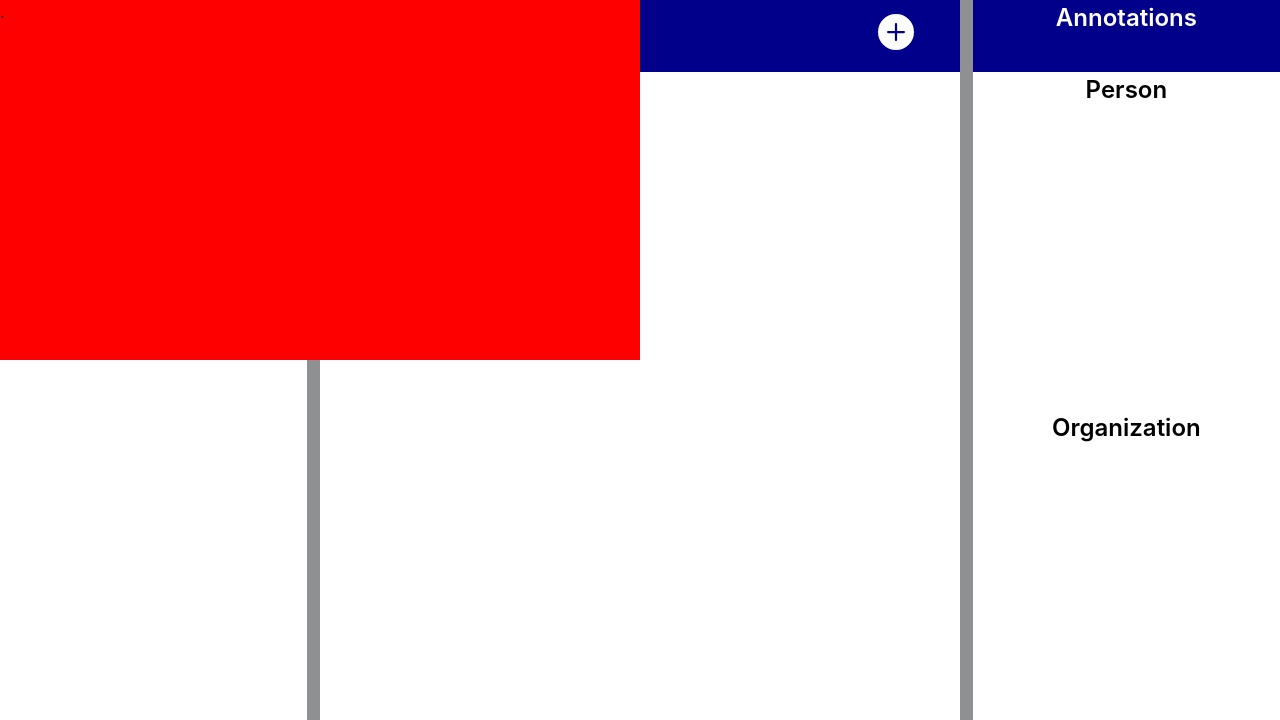
Repository: napan24/classforma_assignment
Page: / (app in client/)
These files come from the project's save history. The page is drawn as it stood at one moment and after the next save; the edit follows.
The browser window is 1280 px wide. The pictures show the whole page.
The project was rebuilt for these pictures with package versions that can differ from the ones it lists, and the page was loaded fresh each time. Also part of the build but not shown: client/src/App.css.

Above is the page before, as saved 2022-07-20 16:38:07.

After the next save:
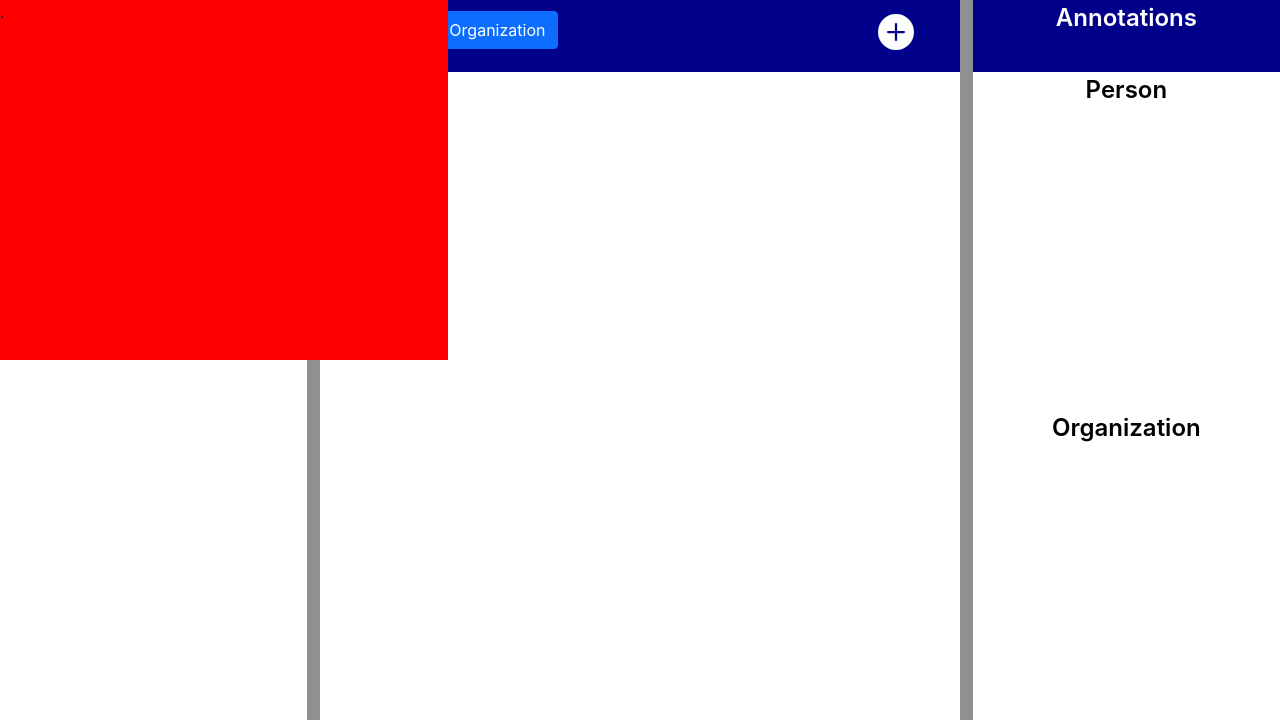
Saved 5 s later.
--- a/client/src/Home.js
+++ b/client/src/Home.js
@@ -56,7 +56,7 @@ const Home = () => {
     }
     return (
         <>
-        <div style={{height:"50vh",width:"50vw",backgroundColor:"red",position:"absolute",zIndex:'2'}}>
+        <div style={{height:"50vh",width:"35vw",backgroundColor:"red",position:"absolute",zIndex:'2'}}>
             .
         </div>
             <div style={{ display: 'flex', width: "100vw", height: "100vh", backgroundColor: "#8f9091", overflow: "hidden" }}>
